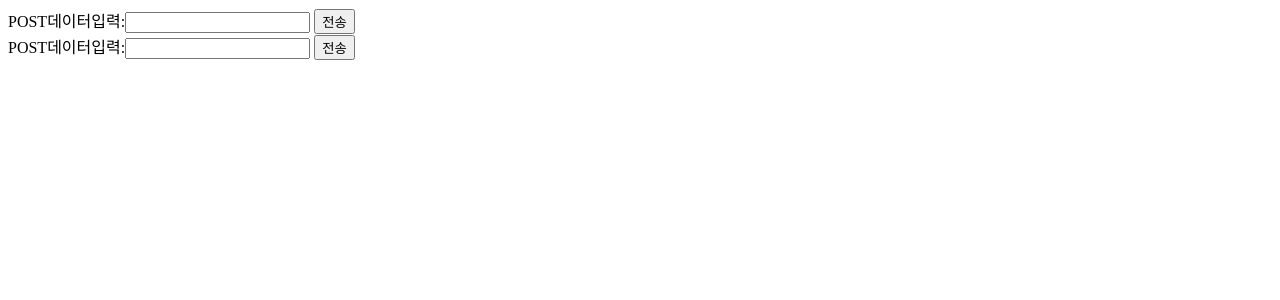
Repository: Jungsol/Servlet_JSP_study
Page: Servlet_JSP_study/src/main/webapp/ex07_getPost.html
An editor plug-in stored every save of this project. The page is shown before and after the next save, followed by the edit.
The browser window is 1280 px wide. The pictures show the whole page.

Above is the page before, as saved 2023-06-01 14:01:39.

After the next save:
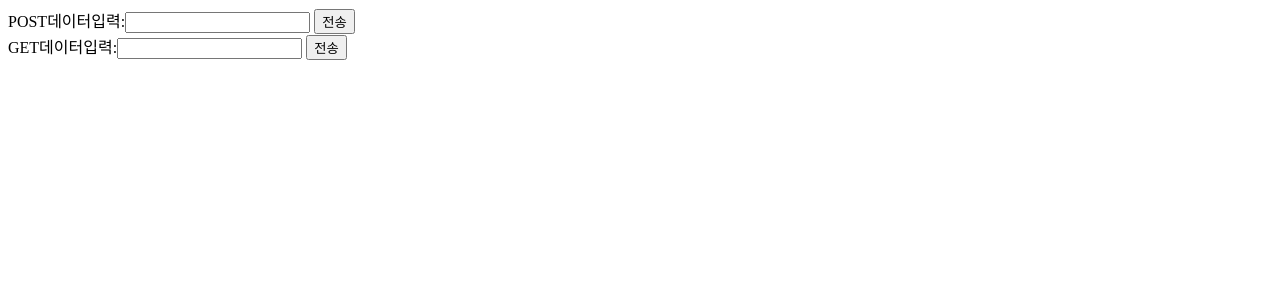
Saved 16 s later.
--- a/Servlet_JSP_study/src/main/webapp/ex07_getPost.html
+++ b/Servlet_JSP_study/src/main/webapp/ex07_getPost.html
@@ -17,8 +17,8 @@
 		<input type="submit" value="전송">
 	</form>
 
-	<form action="GetPost" method="post">
-		POST데이터입력:<input type="text" name="data">
+	<form action="GetPost" >
+		GET데이터입력:<input type="text" name="data">
 		<input type="submit" value="전송">
 	</form>
 
